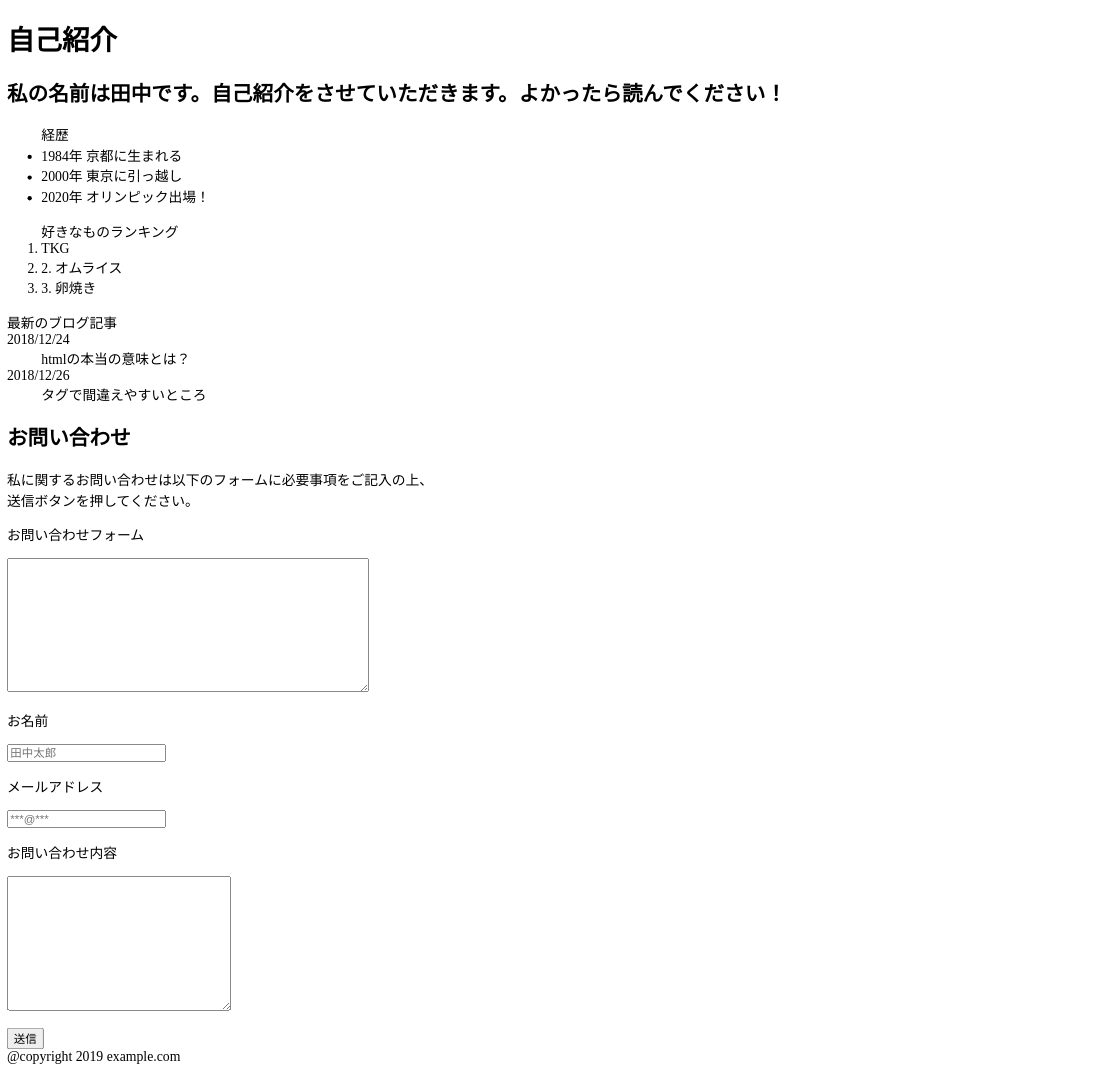
Repository: wairoku/suretigai1
Page: jack.html
The author's editor kept a copy of each file at every save. The page is drawn from the files as they stood at one save, then again after the next save.
The browser window is 1280 px wide. The pictures show the whole page, at 86% of full size.

Above is the page before, as saved 2019-01-02 20:20:46.

After the next save:
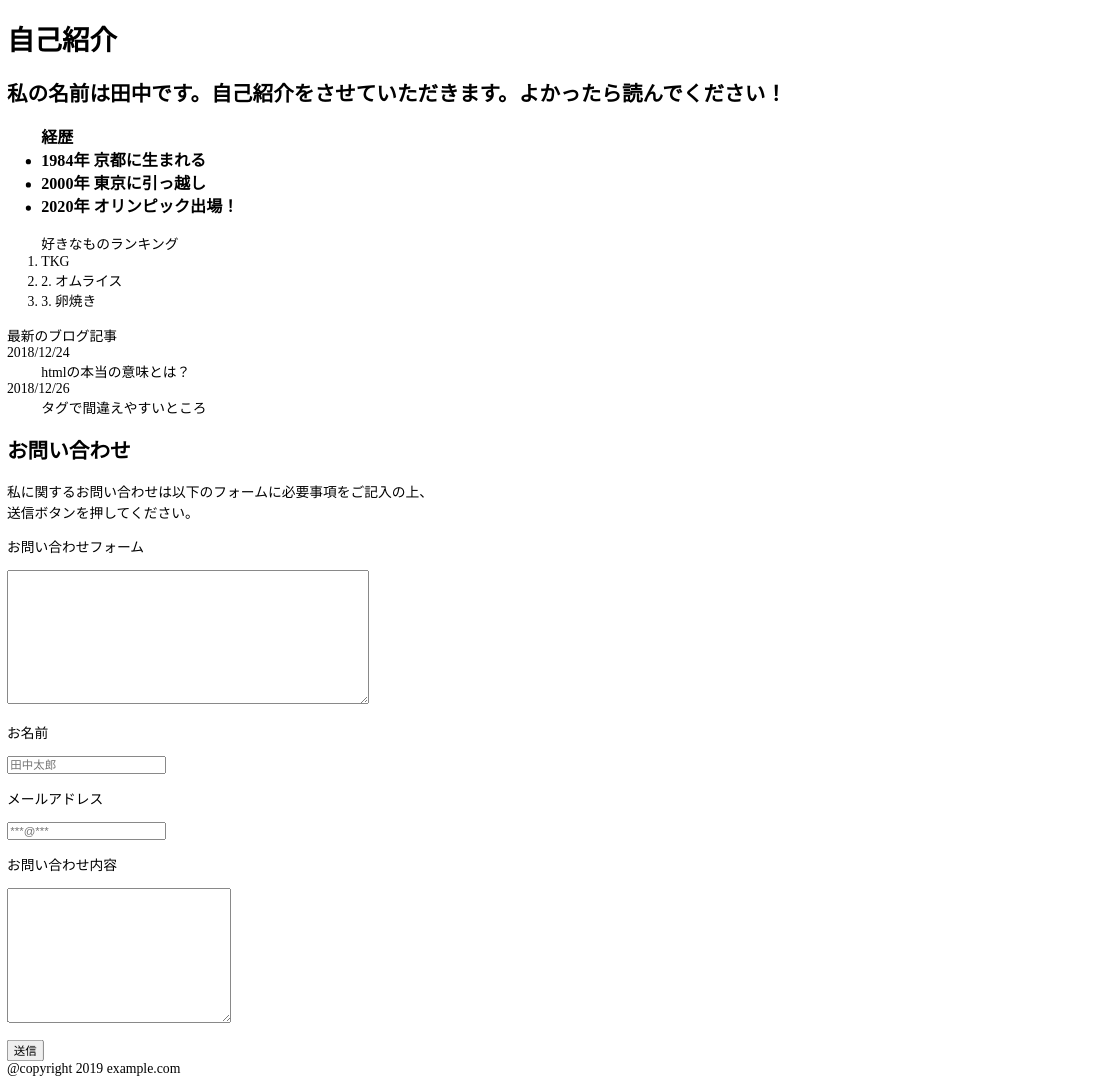
Saved 26 s later.
--- a/jack.html
+++ b/jack.html
@@ -8,7 +8,7 @@
 <h1>自己紹介</h1>
 <h2>私の名前は田中です。自己紹介をさせていただきます。よかったら読んでください！</h2>
 
-<ul>経歴
+<ul><h3>経歴
     <li>1984年 京都に生まれる</li>
     <li>2000年 東京に引っ越し</li>
     <li>2020年 オリンピック出場！</li>
